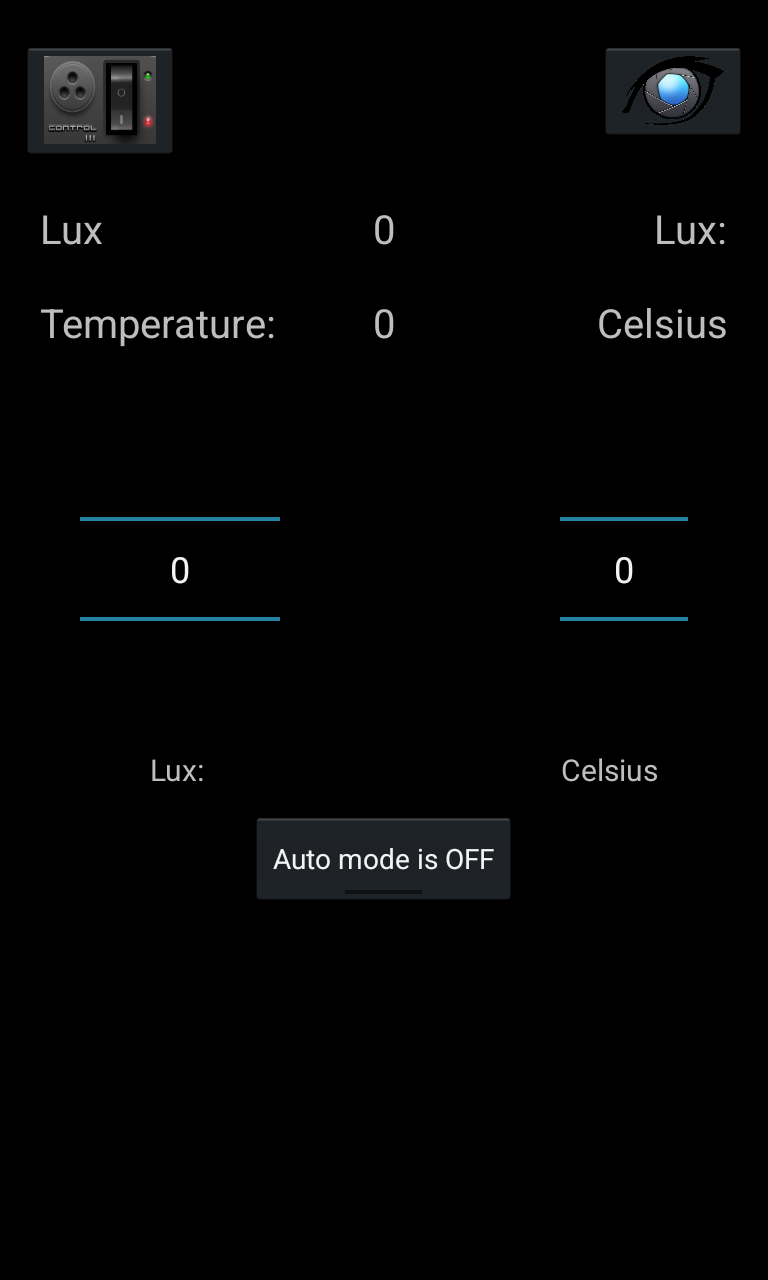
Repository: deanzaka/Shroom_IOIO_OpenCV
Layout: samples/IOIOSimpleApp/res/layout/main.xml
These files come from the project's save history. The layout is drawn as it stood at one moment and after the next save; the edit follows.
It is drawn on a 768 x 1280 px phone screen (xhdpi) without system bars, with theme android:Theme.Holo; the app's code is not run.

Above is the layout before, as saved 2014-06-04 10:00:42.

After the next save:
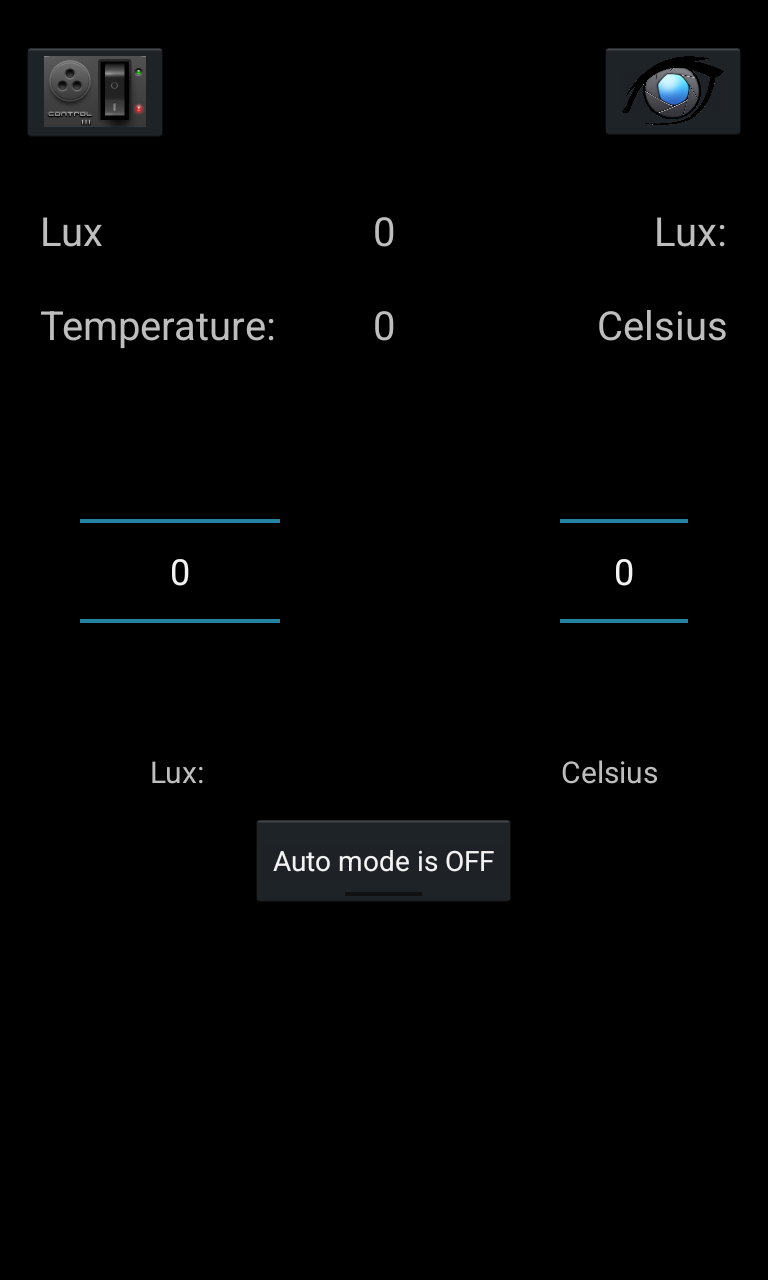
Saved 6 min 8 s later.
--- a/samples/IOIOSimpleApp/res/layout/main.xml
+++ b/samples/IOIOSimpleApp/res/layout/main.xml
@@ -28,12 +28,14 @@
         <ImageButton
 		    android:id="@+id/panel"
 		    android:src="@drawable/panel"
-		    android:layout_height="60dp"
-		    android:layout_width="80dp"
-		    android:layout_marginTop="10dp"
-		    android:layout_marginLeft="10dp"
-		    android:scaleType="fitXY"
-		    android:layout_alignParentLeft="true"
+		    android:layout_width="wrap_content"
+            android:layout_height="wrap_content"
+            android:layout_margin="10dp"
+            android:layout_alignParentLeft="true"
+            android:maxWidth="75dp"
+  			android:maxHeight="75dp"
+  			android:scaleType="fitCenter"
+            android:adjustViewBounds="true"
 		    android:onClick="menuAct"
 		    />
 
